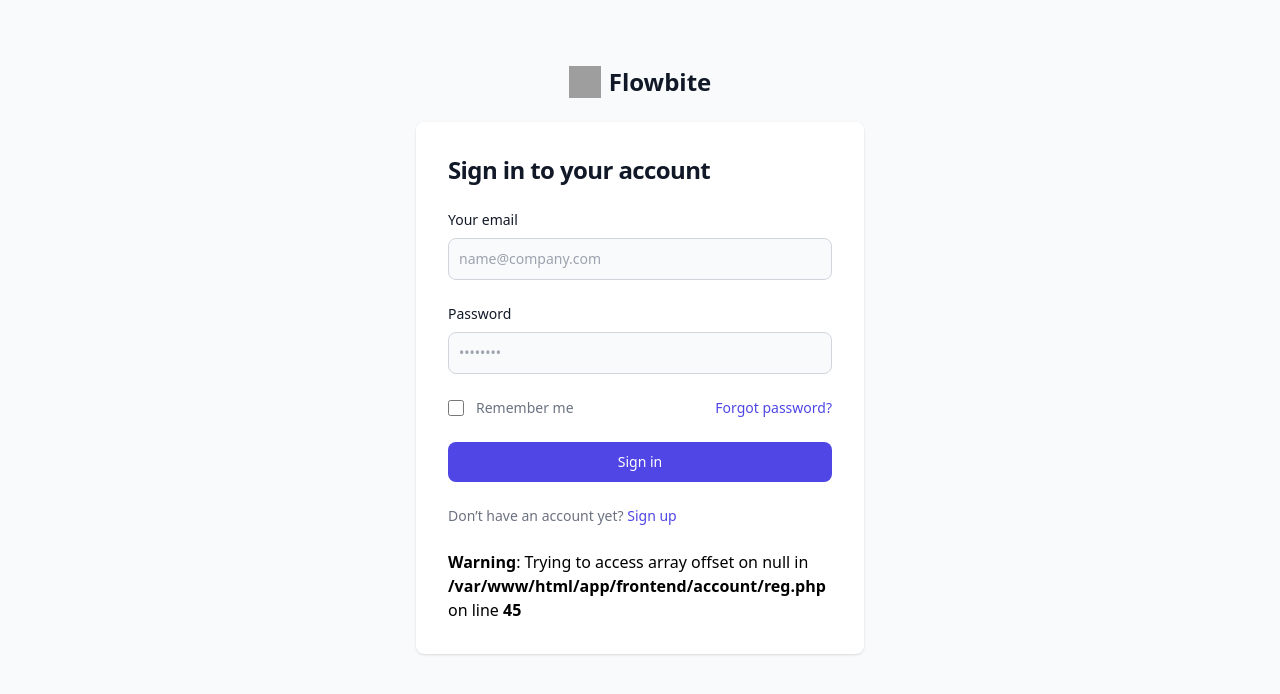
Repository: Narain-Singaram/Coreverse-SMP-Project
Page: http://localhost/app/frontend/account/reg.php
An editor plug-in stored every save of this project. The page is shown before and after the next save, followed by the edit.
The browser window is 1280 px wide. The pictures show the whole page.
Pictures or frames that could not be fetched are drawn as grey boxes. Some web libraries are served in a nearby version. The page is run by PHP 8.4 with error messages shown; the project is at /var/www/html/. Queries for data that is not in the repository find no rows.

Above is the page before, as saved 2022-11-06 13:54:33.

### app/frontend/account/reg.php
<?php
        include("../../../configurations/configurations.php");
        include("../../../app\backend\inc\manager/reg_manager.php");
?>
    <section class="bg-gray-50">
    <div class="flex flex-col items-center justify-center px-6 py-8 mx-auto md:h-screen lg:py-0">
        <a href="#" class="flex items-center mb-6 text-2xl font-semibold text-gray-900">
            <img class="w-8 h-8 mr-2" src="https://flowbite.s3.amazonaws.com/blocks/marketing-ui/logo.svg" alt="logo">
            Flowbite
        </a>
        <div class="w-full bg-white rounded-lg shadow md:mt-0 sm:max-w-md xl:p-0">
            <div class="p-6 space-y-4 md:space-y-6 sm:p-8">
                <h1 class="text-xl font-bold leading-tight tracking-tight text-gray-900 md:text-2xl">
                    Sign in to your account
                </h1>
                <form class="space-y-4 md:space-y-6" action="#">
                    <div>
                        <label for="email" class="block mb-2 text-sm font-medium text-gray-900">Your email</label>
                        <input type="email" name="email" id="email" class="bg-gray-50 border border-gray-300 text-gray-900 sm:text-sm rounded-lg focus:ring-indigo-600 focus:border-indigo-600 block w-full p-2.5" placeholder="name@company.com" required="">
                    </div>
                    <div>
                        <label for="password" class="block mb-2 text-sm font-medium text-gray-900">Password</label>
                        <input type="password" name="password" id="password" placeholder="••••••••" class="bg-gray-50 border border-gray-300 text-gray-900 sm:text-sm rounded-lg focus:ring-indigo-600 focus:border-indigo-600 block w-full p-2.5" required="">
                    </div>
                    <div class="flex items-center justify-between">
                        <div class="flex items-start">
                            <div class="flex items-center h-5">
                                <input id="remember" aria-describedby="remember" type="checkbox" class="w-4 h-4 border border-gray-300 rounded bg-gray-50 focus:ring-3 focus:ring-indigo-300" required="">
                            </div>
                            <div class="ml-3 text-sm">
                                <label for="remember" class="text-gray-500">Remember me</label>
                            </div>
                        </div>
                        <a href="#" class="text-sm font-medium text-indigo-600 hover:underline">Forgot password?</a>
                    </div>
                    <button type="submit" class="w-full text-white bg-indigo-600 hover:bg-indigo-700 focus:ring-4 focus:outline-none focus:ring-indigo-300 font-medium rounded-lg text-sm px-5 py-2.5 text-center">Sign in</button>
                    <p class="text-sm font-light text-gray-500">
                        Don’t have an account yet? <a href="#" class="font-medium text-indigo-600 hover:underline">Sign up</a>
    </p>
                </form>
    <?php
        $select = mysqli_query($con, "SELECT * FROM users WHERE id=1");
        $yo = mysqli_fetch_array($select);

        echo $yo['full_name'];
    ?>

            </div>
        </div>
    </div>
    </section>



<script src="https://cdn.tailwindcss.com"></script>

### configurations/configurations.php
<?php
ob_start(); //Turns on output buffering
session_start();

    $timezone = date_default_timezone_set("America/New_York");
    $con = mysqli_connect("localhost", "root", "", "coreverse");

    if(mysqli_connect_errno()) {
    echo "Failed to connect: " . mysqli_connect_errno();
    }
?>

Loaded but not shown: app/backend/inc/manager/reg_manager.php (no stored copy; drawn as an empty file)

After the next save:
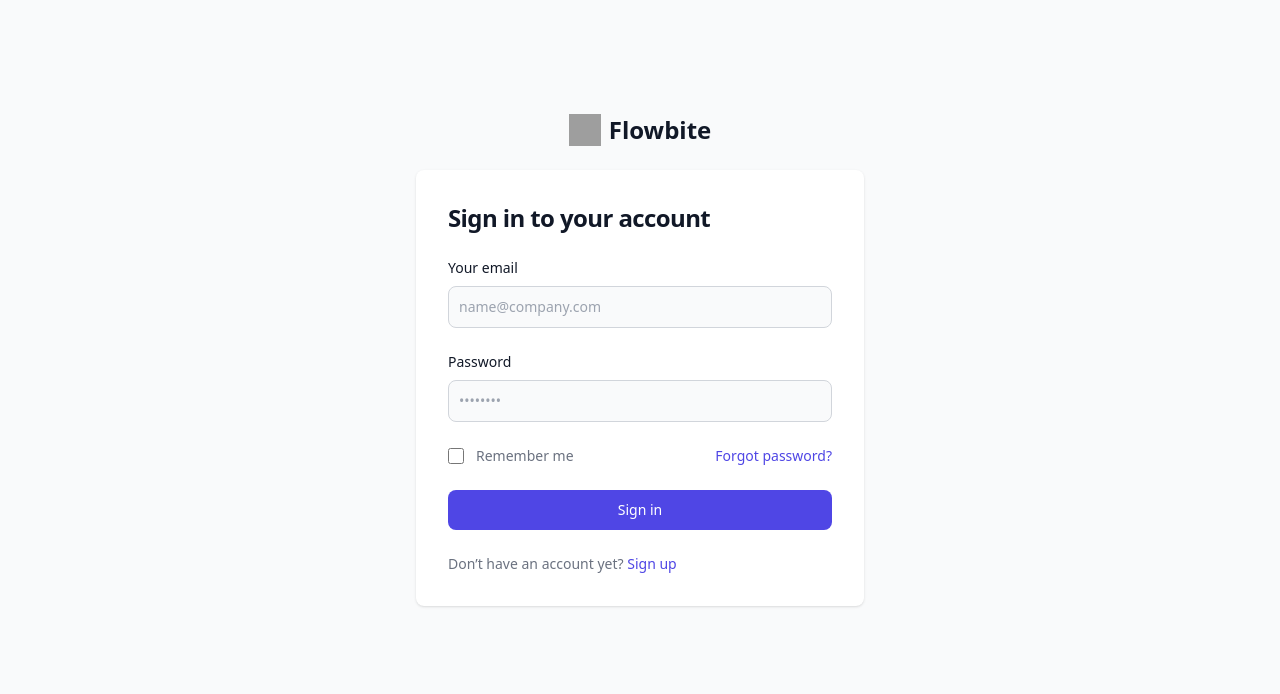
Saved 7 s later.
--- a/app/frontend/account/reg.php
+++ b/app/frontend/account/reg.php
@@ -38,13 +38,6 @@
                         Don’t have an account yet? <a href="#" class="font-medium text-indigo-600 hover:underline">Sign up</a>
     </p>
                 </form>
-    <?php
-        $select = mysqli_query($con, "SELECT * FROM users WHERE id=1");
-        $yo = mysqli_fetch_array($select);
-
-        echo $yo['full_name'];
-    ?>
-
             </div>
         </div>
     </div>
